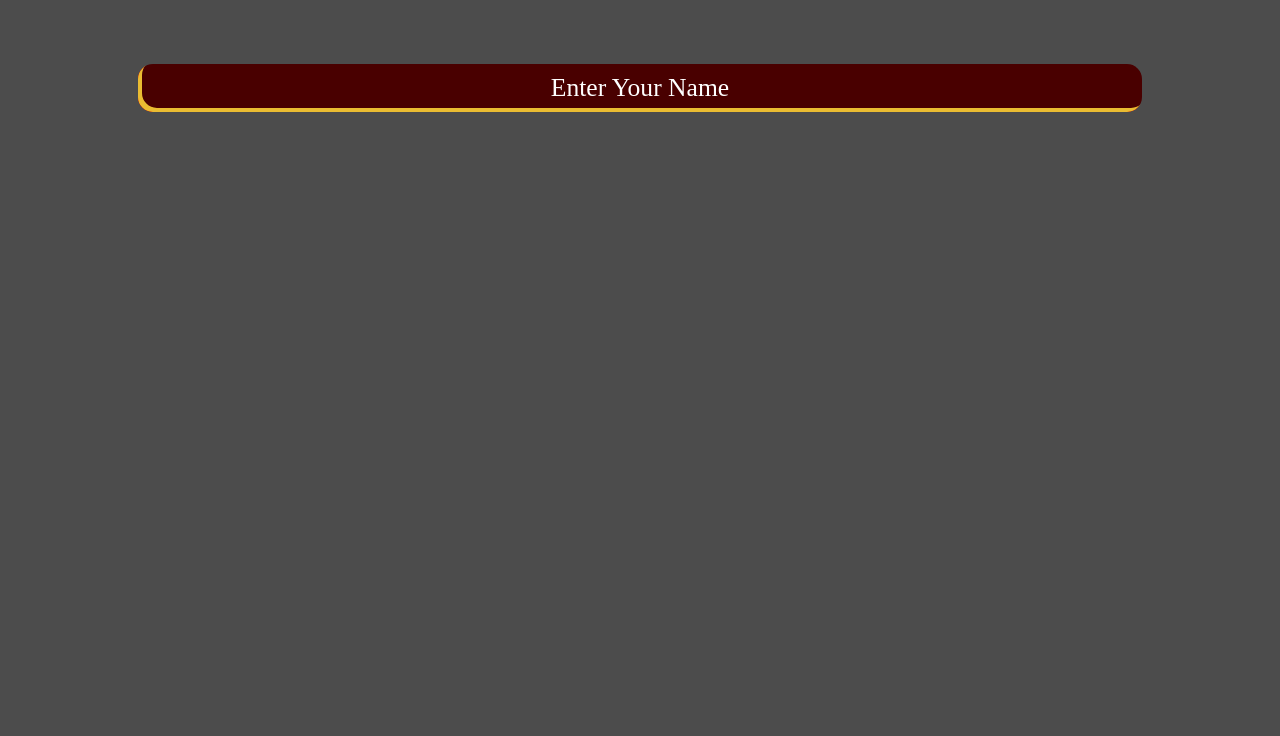
Repository: Haneef-Shaik/Greetings
Page: /
The author's editor kept a copy of each file at every save. The page is drawn from the files as they stood at one save, then again after the next save.
The browser window is 1280 px wide. The pictures show the whole page.
The project was rebuilt for these pictures with package versions that can differ from the ones it lists, and the page was loaded fresh each time. The framework's server and built-in components were replaced by stand-ins that run in the browser. Also part of the build but not shown: next.config.js, styles/card.module.scss, components/card.js, styles/socialShare.module.scss, components/socialShare.js.

Above is the page before, as saved 2021-12-01 20:28:11.

### pages/_app.js
import '../styles/globals.css'
import 'bootstrap/dist/css/bootstrap.css'


function MyApp({ Component, pageProps }) {
  return <Component {...pageProps} />
}

export default MyApp

### pages/index.js
import Card from "../components/card.js";
import {useRouter} from 'next/router';
import Ss from "../components/socialShare"
import InpFrm from "../components/form"

export default function Home() {
  const {query} = useRouter();
  const myurls='https://gratefulprayerthankfulheart.com/wp-content/uploads/2014/12/aquawhitechristmastreegreeting.jpg';

  if(query.length > 0)
  {

    if(query.greeting)
    {
      return (
        <>
          <Card event={query.event} image={query.bgImg} name={query.name} greeting={query.greeting}  />
        </>
          )
    }
    else
    {
      return (
        <>
          <Card event={query.event} image={query.bgImg} name={query.name}  />
        </>
          )
    }

  }
  else
  {
    return (
        <>
          <InpFrm />
        </>
        )
  }
    // return (
    //   <>
        {/* <Card event='Event' image={myurls} name='Name' color='red' greeting="Lorem Ipsum is simply dummy text of the printing and typesetting industry. Lorem Ipsum has been thing software like Aldus PageMaker including versions of Lorem Ipsum."  /> */}
        {/* <Ss mylink="localhost:3000/name=haneef&event=christmas" /> */}
    {/*     <Ss mylink="localhost:3000/name=haneef&event=christmasW&sddsajnodsoduaibdadbksa" /> */}
    //   </>
    //     )

}

### components/form.js
/* eslint-disable no-undef */
import React, {useState,useRef} from 'react'

import 'bootstrap/dist/css/bootstrap.min.css';
import styles from '../styles/form.module.scss';
import IMAGE from 'next/image'


function Edit() {
    return (
        <div className="container-fluid p-2 "  style={{backgroundColor:'#4C4C4C'} }>
            <div className="container">
                <div className="row">
                    <div className="col-12">
                        <div className={styles.formContainer} >
                            <form>
                                <input type="text" placeholder="Enter Your Name" className="col-12 inpName" />
                            </form>
                        </div>
                    </div>
                </div>
            </div>
        </div>
    )
}


class InvitationCard extends React.Component{
    render(){
        return (

                <div className="body p-2" style={{backgroundColor: this.props.c,backgroundImage:`url(${this.props.im})`,backgroundSize:350,backgroundRepeat:'no-repeat'}} >
                    <h1 id="heading" style={{color: this.props.heading}}>{this.props.name}</h1>
                    <p style={{marginTop: "50px",color: this.props.content}}>{this.props.message}</p>
                    <p style={{color: this.props.content}} id="toWhom">{this.props.to}</p>
                </div>
        )
    }

}



export default Edit;

### styles/form.module.scss
.formContainer{
    padding:5%;
    height:100vh;
    background-color:#4C4C4C;
    // background: linear-gradient(#920000,#800000,#6D0000,#490000);
    input{
        text-align:center;
        font-family: 'Times New Roman', Times, serif;
        font-size:1.6rem;
        border:none;

        background-color:#490000;
        border-radius:15px;
        box-shadow: inset 4px -4px 0px #EABC32 , inset 2px -2px 0px #f00 ;
        line-height:3rem;
        &::placeholder{
            color:#fff;
        }
    }
}

Loaded but not shown: pages/api/hello.js (common file); styles/globals.css (common file)

After the next save:
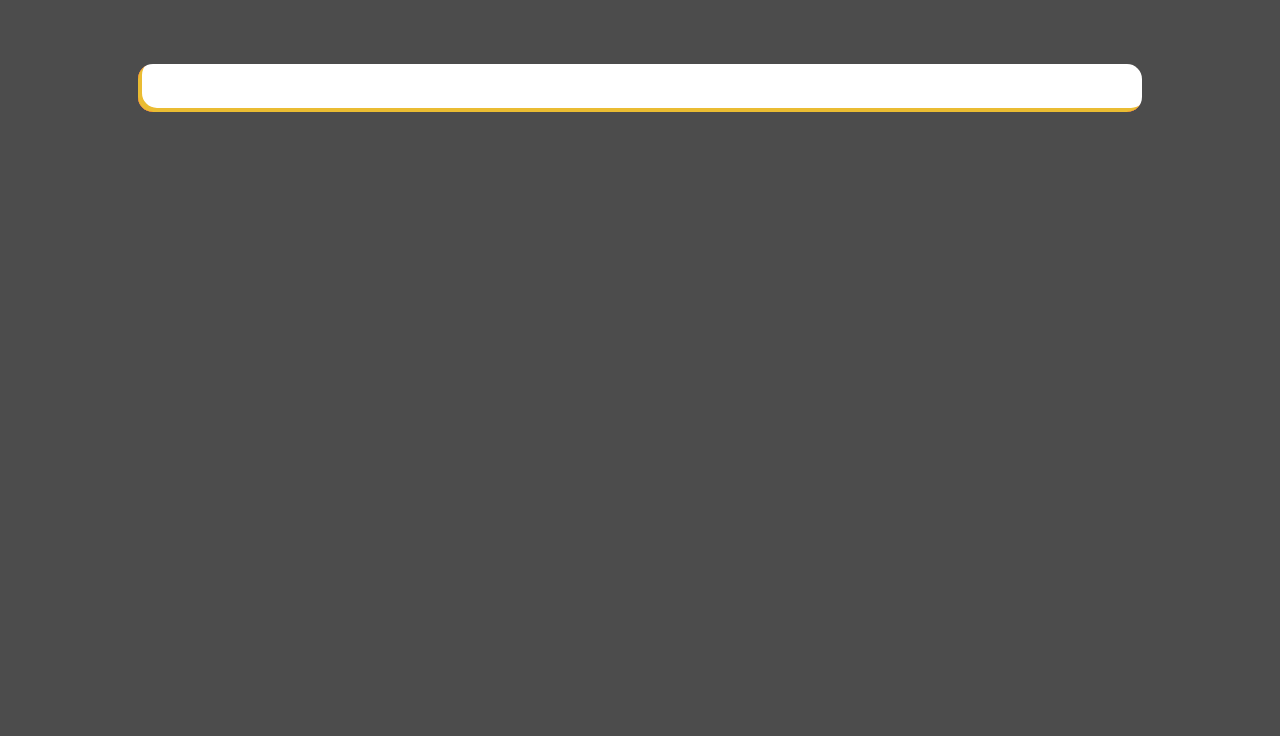
Saved 6 s later.
--- a/styles/form.module.scss
+++ b/styles/form.module.scss
@@ -9,7 +9,7 @@
         font-size:1.6rem;
         border:none;
 
-        background-color:#490000;
+        background-color:#fff;
         border-radius:15px;
         box-shadow: inset 4px -4px 0px #EABC32 , inset 2px -2px 0px #f00 ;
         line-height:3rem;
